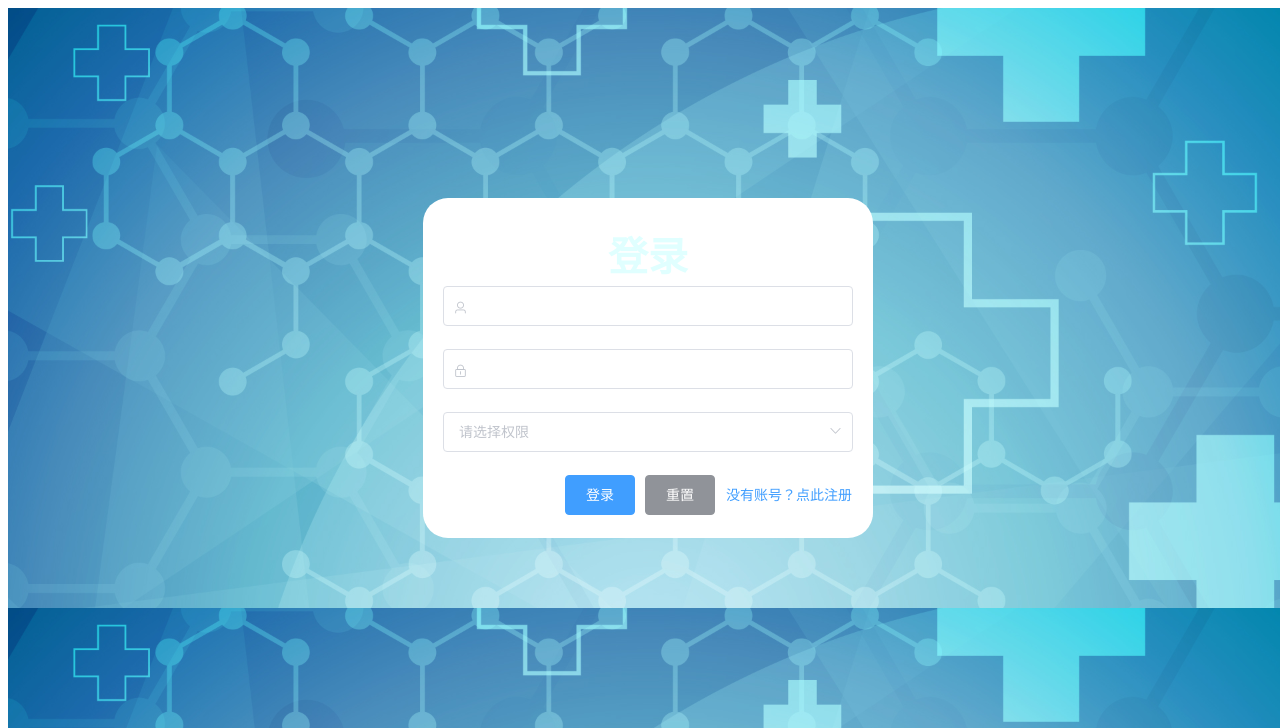
Repository: ShaoCHis/WEB-SOA-frontEnd
Page: /
The author's editor kept a copy of each file at every save. The page is drawn from the files as they stood at one save, then again after the next save.
The browser window is 1280 px wide. The pictures show the whole page.
The project was rebuilt for these pictures with package versions that can differ from the ones it lists, and the page was loaded fresh each time. Also part of the build but not shown: src/components/test.vue, src/components/test2.vue, src/components/Register.vue, src/components/Admin/ManagePage.vue, src/components/Hospital/HMainPage.vue, src/components/Patient/MainPage.vue.

Above is the page before, as saved 2021-11-16 18:28:29.

After the next save:
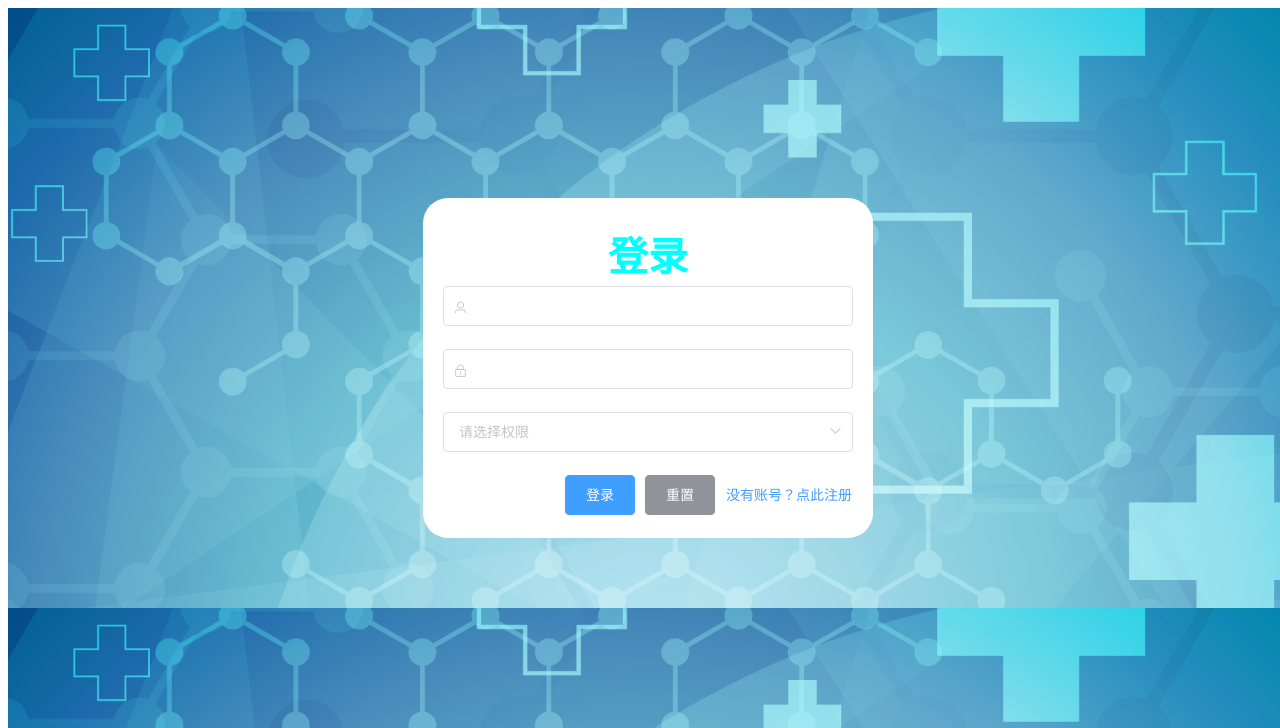
Saved 14 s later.
--- a/src/components/Login.vue
+++ b/src/components/Login.vue
@@ -119,7 +119,7 @@ export default {
 
 <style lang="less" scoped>
 .tip{
-          color: lightcyan;
+          color:cyan;
           font-size: 20px;
           font-weight: bold;
           text-align: center;
